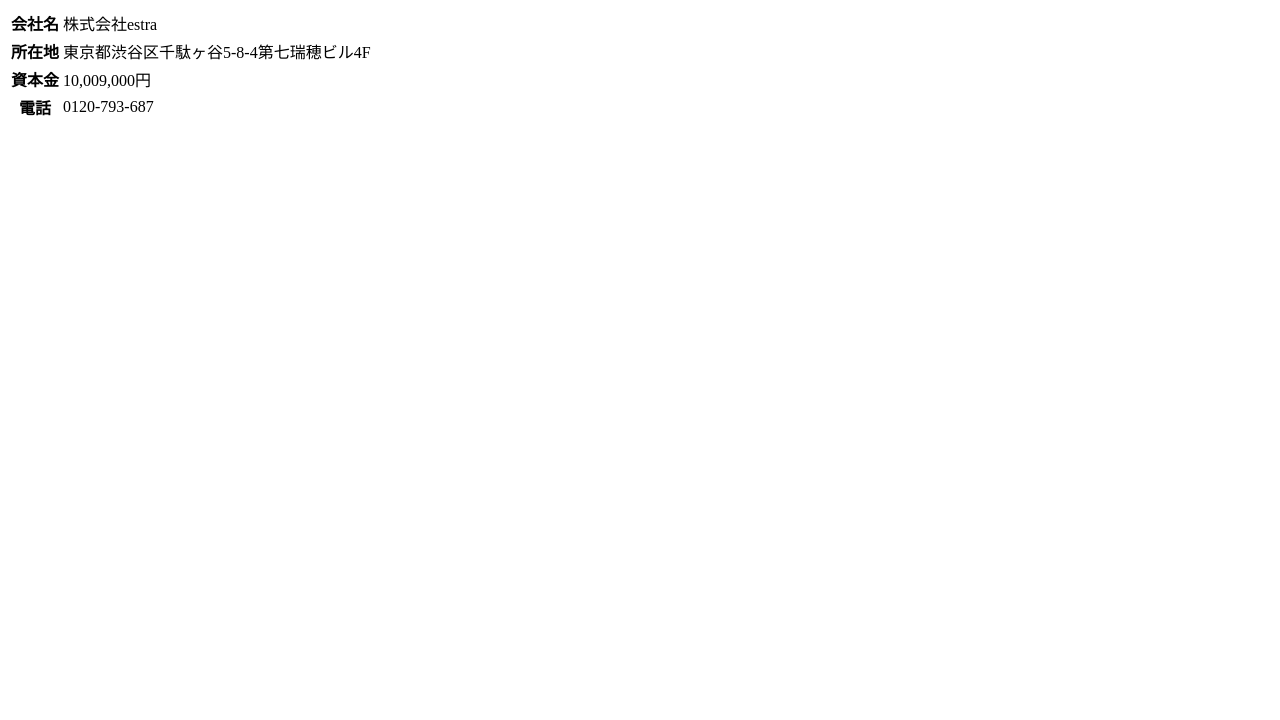
Repository: sigemasaasuka/20210830sigemasa
Page: index.html
An editor plug-in stored every save of this project. The page is shown before and after the next save, followed by the edit.
The browser window is 1280 px wide. The pictures show the whole page.

Above is the page before, as saved 2021-08-27 15:38:35.

After the next save:
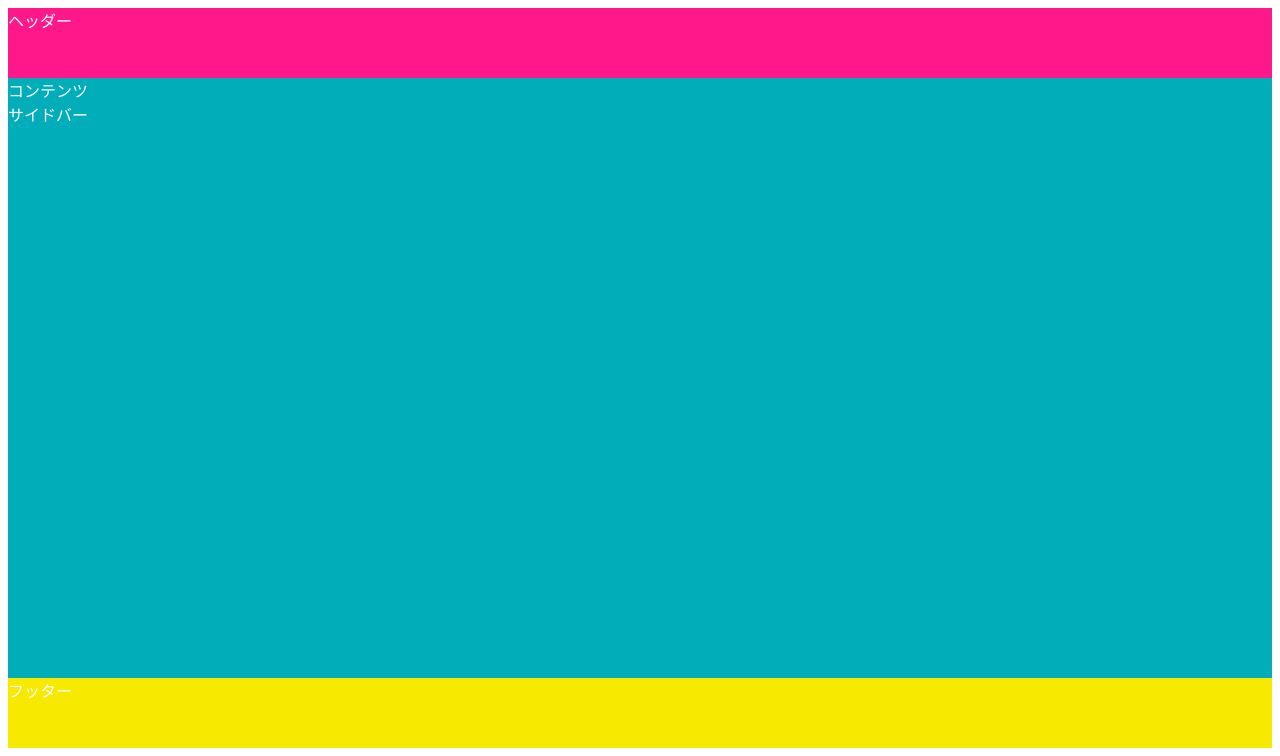
Saved 110 s later.
--- a/index.html
+++ b/index.html
@@ -9,24 +9,21 @@
 </head>
 
 <body>
-<table>
-  <tr>
-    <th>会社名</th>
-    <td>株式会社estra</td>
-  </tr>
-  <tr>
-    <th>所在地</th>
-    <td>東京都渋谷区千駄ヶ谷5-8-4第七瑞穂ビル4F</td>
-  </tr>
-  <tr>
-    <th>資本金</th>
-    <td>10,009,000円</td>
-  </tr>
-  <tr>
-    <th>電話</th>
-    <td>0120-793-687</td>
-  </tr>
-</table>
+<header class="header">
+  ヘッダー
+</header>
+<main class="main">
+  <article class="content">
+    コンテンツ
+  </article>
+  <aside class="sidebar">
+    サイドバー
+  </aside>
+</main>
+<footer class="footer">
+  フッター
+</footer>
+
 
 </body>
 
